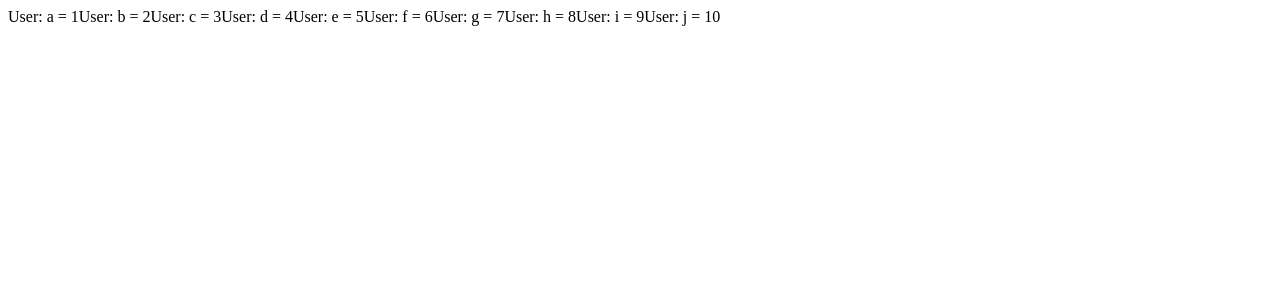
Repository: dklinger/Studium
Page: http://localhost/20140526_Aufgabe27.php
These files come from the project's save history. The page is drawn as it stood at one moment and after the next save; the edit follows.
The browser window is 1280 px wide. The pictures show the whole page.
The page is run by PHP 8.4 with error messages shown; the project is at /var/www/html/.

Above is the page before, as saved 2014-05-26 18:00:52.

After the next save:
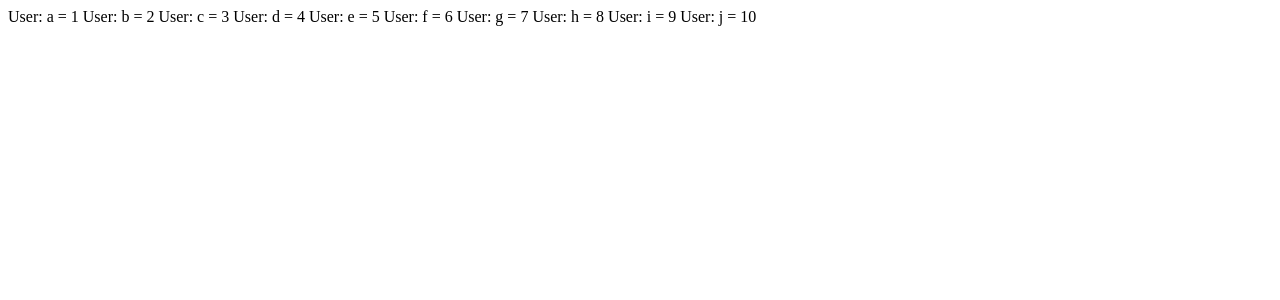
Saved 9 s later.
--- a/SS2014/Skriptsprachenorientierte Programmiertechnik/Uebungen/20140526_Aufgabe27.php
+++ b/SS2014/Skriptsprachenorientierte Programmiertechnik/Uebungen/20140526_Aufgabe27.php
@@ -5,7 +5,7 @@ $password = array(1, 2, 3, 4, 5, 6, 7, 8, 9, 10);
 
 for($i = 0; $i < count($user); $i++)
 {
-	print("User: $user[$i] = $password[$i]");
+	print("User: $user[$i] = $password[$i]\r\n");
 }
 
 ?>
